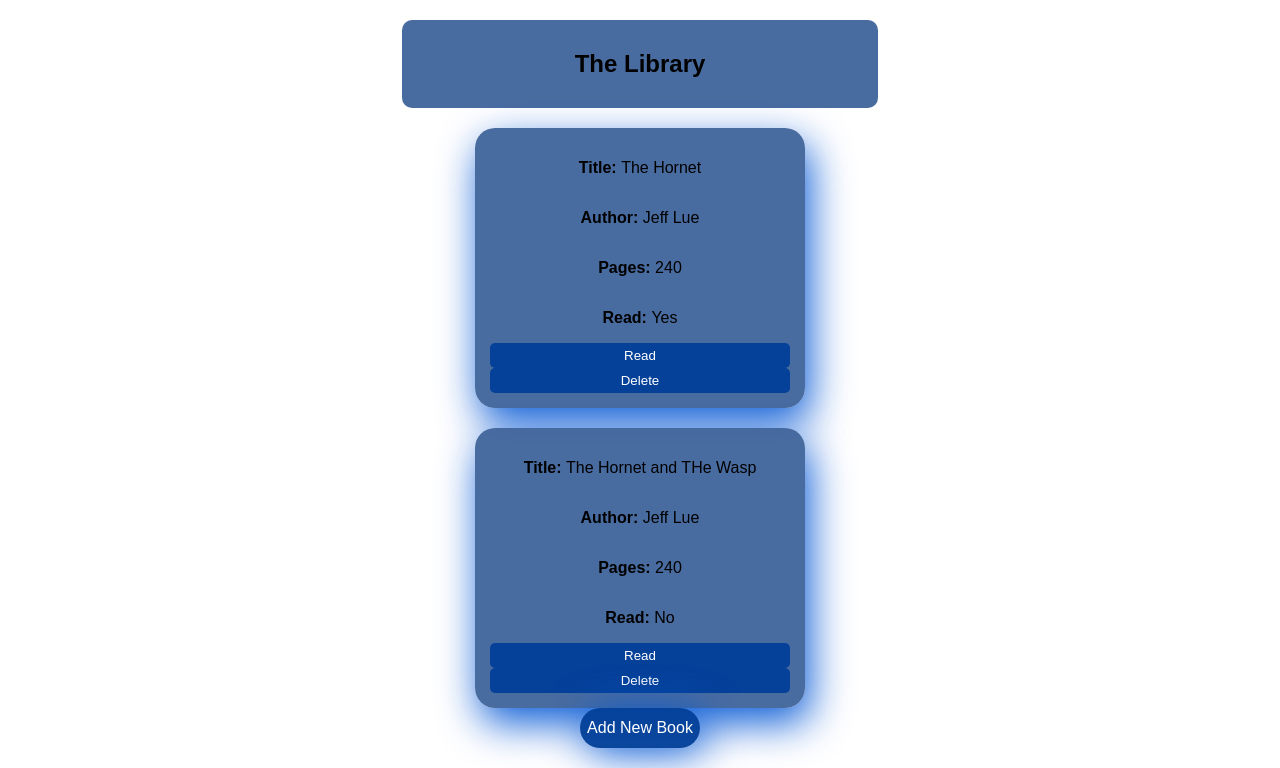
Repository: ErvinClay13/Library
Page: index.html
These files come from the project's save history. The page is drawn as it stood at one moment and after a run of saves; the edit follows.
The browser window is 1280 px wide. The pictures show the whole page.

Above is the page before, as saved 2025-01-11 04:52:48.

After the next 3 saves:
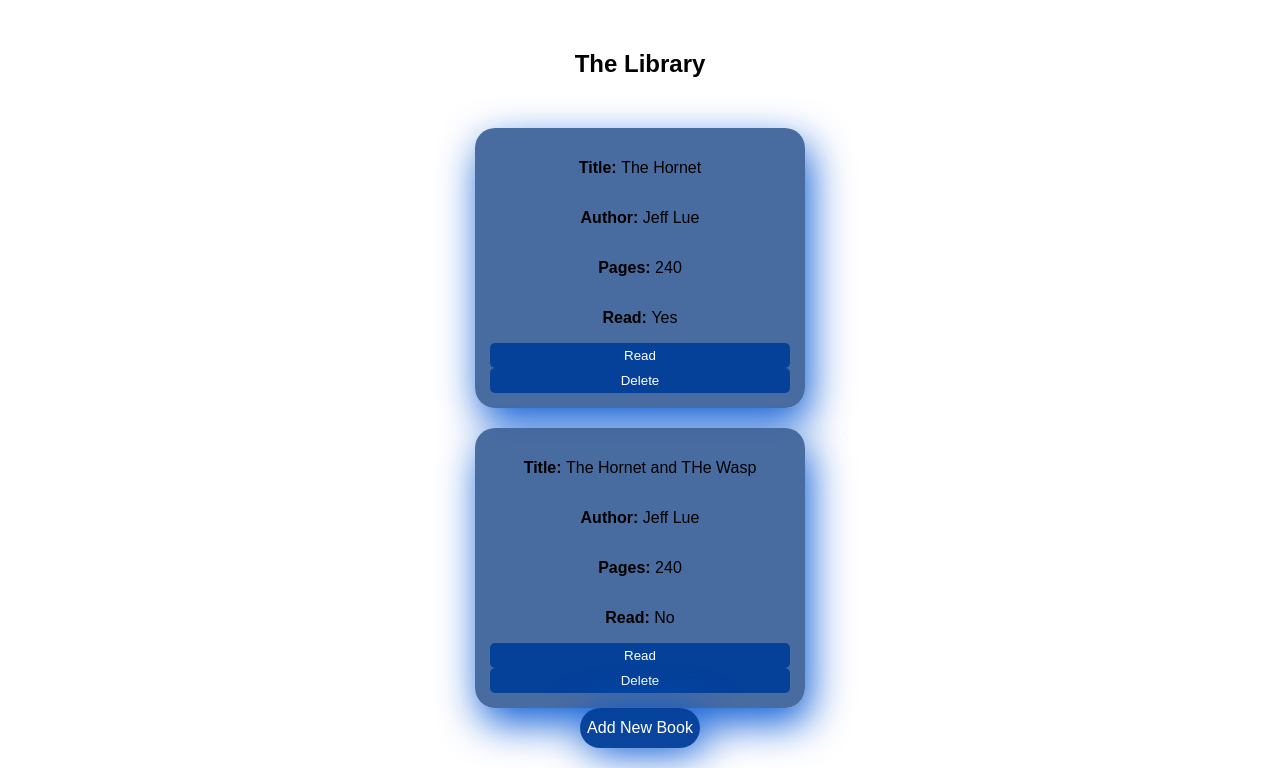
The 3 saves are shown as one change because they came seconds apart.
The last was saved 18 s later.
--- a/style.css
+++ b/style.css
@@ -19,7 +19,8 @@ body {
     display: flex;
     justify-content: space-between;
     justify-content: center;
-    background-color: #42669df5;
+    background-color: ;
+    /* background-color: #42669df5; */
     /* box-shadow: 5px 5px 40px #0055d4f5; */
     width: 100%;
     max-width: 800px;
